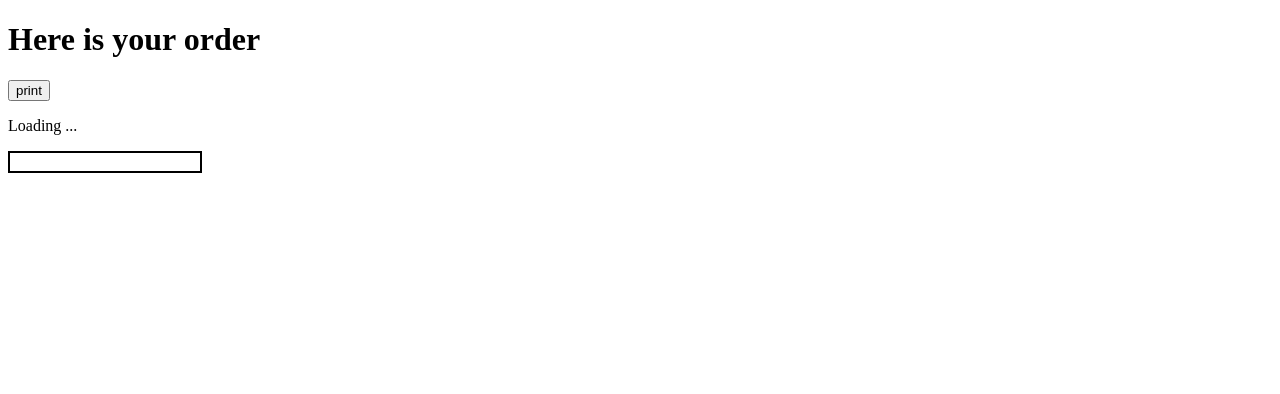
Repository: boschierob/order-app
Page: read.html
An editor plug-in stored every save of this project. The page is shown before and after the next save, followed by the edit.
The browser window is 1280 px wide. The pictures show the whole page.
The page's requests for data from a server got no answer.

Above is the page before, as saved 2023-01-01 23:38:40.

After the next save:
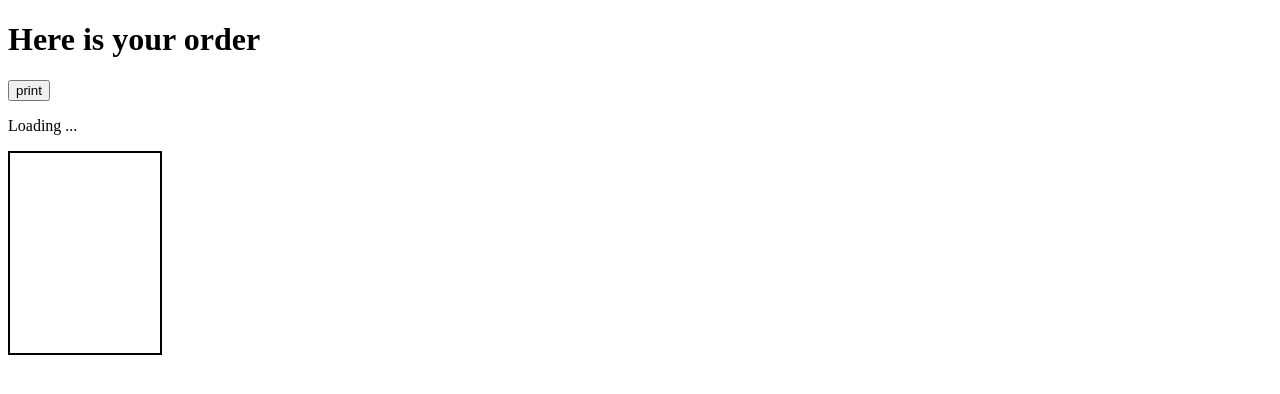
Saved 33 s later.
--- a/read.html
+++ b/read.html
@@ -17,7 +17,7 @@
         <div>
             <button>print</button>
             <p id="data"> Loading ...</p>
-            <div style="border:2px solid black ; width:15%; height:5%; text-align: center;">
+            <div style="border:2px solid black ; width:150px; height:200px; text-align: center;">
                 <img style="object-fit: contain;" id="image">
             </div>
 
